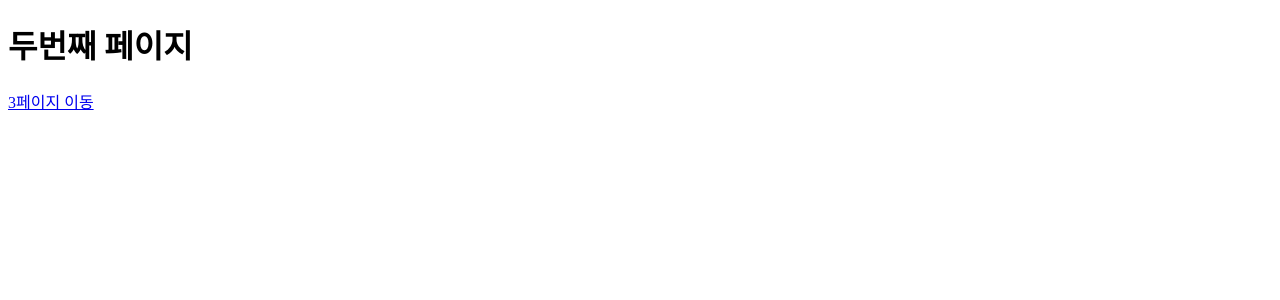
Repository: reddrinkbro/JSPStudy
Page: javascript/WebContent/4객체/his_obp2.html
The author's editor kept a copy of each file at every save. The page is drawn from the files as they stood at one save, then again after the next save.
The browser window is 1280 px wide. The pictures show the whole page.

Above is the page before, as saved 2020-04-09 07:44:06.

After the next save:
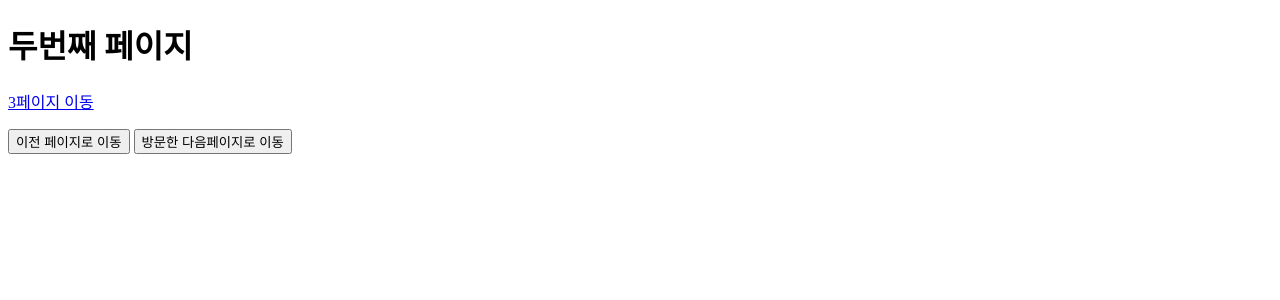
Saved 2 min 58 s later.
--- a/javascript/WebContent/4객체/his_obp2.html
+++ b/javascript/WebContent/4객체/his_obp2.html
@@ -7,5 +7,9 @@
 <body>
 <h1>두번째 페이지</h1>
 <a href ="his_obp3.html">3페이지 이동</a>
+	<p>
+		<button id = "prevBtn" onclick = "">이전 페이지로 이동</button>
+		<button id = "nextBtn" onclick = "">방문한 다음페이지로 이동</button>
+	</p>
 </body>
 </html>
